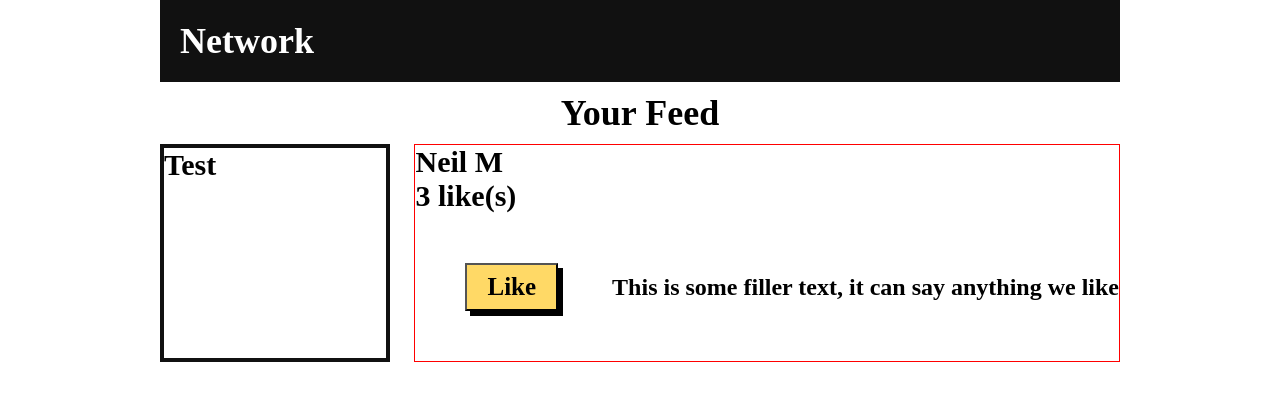
Repository: Blender20/liking_likes
Page: index.html
The author's editor kept a copy of each file at every save. The page is drawn from the files as they stood at one save, then again after a run of saves.
The browser window is 1280 px wide. The pictures show the whole page.
Some web fonts or font styles are not loaded; a fallback is used.

Above is the page before, as saved 2022-03-29 23:55:30.

### index.html
<!DOCTYPE html>
<html lang="en">

<head>
  <meta charset="UTF-8">
  <meta http-equiv="X-UA-Compatible" content="IE=edge">
  <meta name="viewport" content="width=device-width, initial-scale=1.0">
  <link rel="stylesheet" href="style.css">
  <title>Document</title>
</head>

<body>
  <nav>
    <h1>Network</h1>
  </nav>
  <div class="feed">
    <h1>Your Feed</h1>
  </div>
  <div class="container flex">
    <div class="leftColumn">
      <h3>Test</h2>
    </div>

    <div class="right flex">
      <div class="user">
        <h3>Neil M</h3>
        <h3><span id="likeCount">3</span> like(s)</h3>
      <button onclick="addLike()" id="like">Like</button>
      <h2>This is some filler text, it can say anything we like</h2>
      </div>

    </div>

  </div>
  <script src="script.js"></script>
</body>

</html>

### style.css
@import url('https://fonts.googleapis.com/css2?family=Balsamiq+Sans:ital,wght@0,400;0,700;1,700&display=swap');
  *{
  padding: 0;
  margin: 0;
  box-sizing: border-box;
  font-family: 'Balsamiq Sans', cursive;
}

.flex {
  display: flex;
  justify-content: space-between;
  align-self: center;
  gap:1.5em;
}
nav{
  min-height: 70px;
  background-color: #111;
  display: block;
  width: 75%;
  margin: 0 auto;

  color: #fff;
  font-family: "balsamiq Sans";
  padding: 10px
}
.container {
  margin: 0 auto;
  width: 75%

}

 .leftColumn{
  border: 4px solid #111;
  margin-top: 50px;

  flex:1;
  margin: 0 auto;
 }

.right {
  border: 1px solid red;
}
.user{
 flex: 1;
 justify-content: space-around;
 align-items: center;
}

h1 {

  font-size: 36px;
  padding: 10px;
}
h2 {
  display:inline-block
}
h3 {
  font-size: 30px;

}
.feed {
  text-align: center;
  justify-content: center;
}




#like {
  background-color: #FFD966;
  padding: 8px 20px;
  margin: 50px;
  font-weight: 900;
  font-size: 25px;
  box-shadow: 5px 5px;
  align-self: top;
}

### script.js
var likeCount = document.querySelector('#likeCount')
console.log(likeCount)
function addLike() {

  likeCount.innerText++;

}

After the next 2 saves:
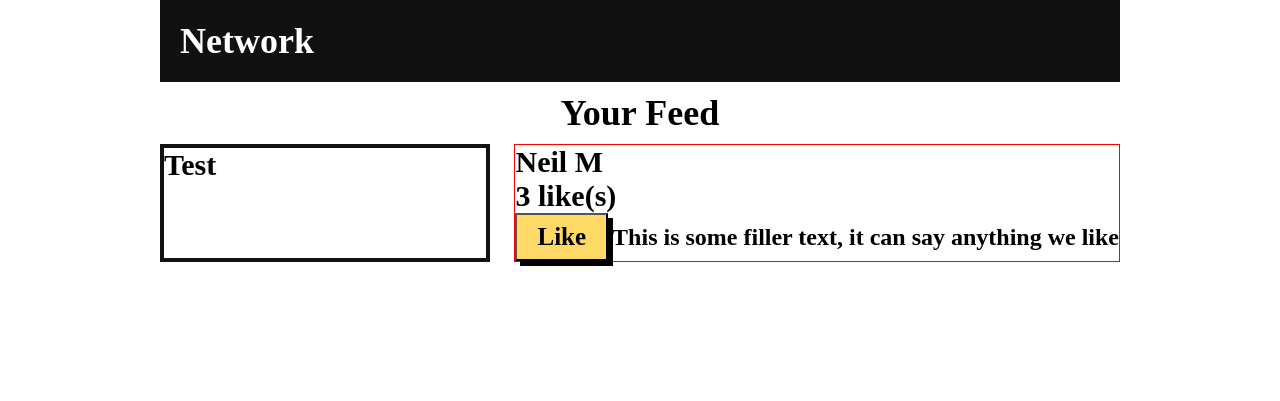
The 2 saves are shown as one change because they came seconds apart.
The last was saved 22 s later.
--- a/style.css
+++ b/style.css
@@ -69,9 +69,9 @@ h3 {
 #like {
   background-color: #FFD966;
   padding: 8px 20px;
-  margin: 50px;
+
   font-weight: 900;
   font-size: 25px;
   box-shadow: 5px 5px;
-  align-self: top;
+
 }
